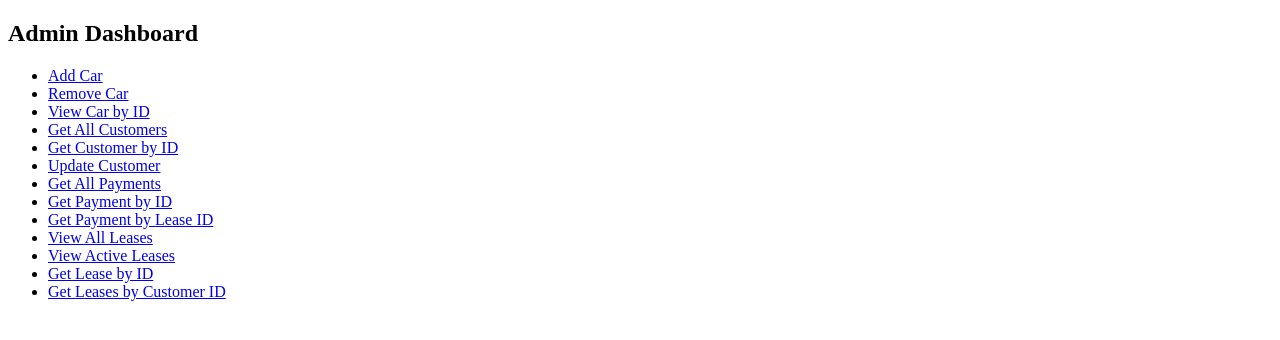
Repository: NirmalyaSatapathy/NirmalyaSatapathyProjects
Page: CarRental/CarRental/src/main/webapp/admin.html
An editor plug-in stored every save of this project. The page is shown before and after the next save, followed by the edit.
The browser window is 1280 px wide. The pictures show the whole page.

Above is the page before, as saved 2025-05-05 06:06:43.

After the next save:
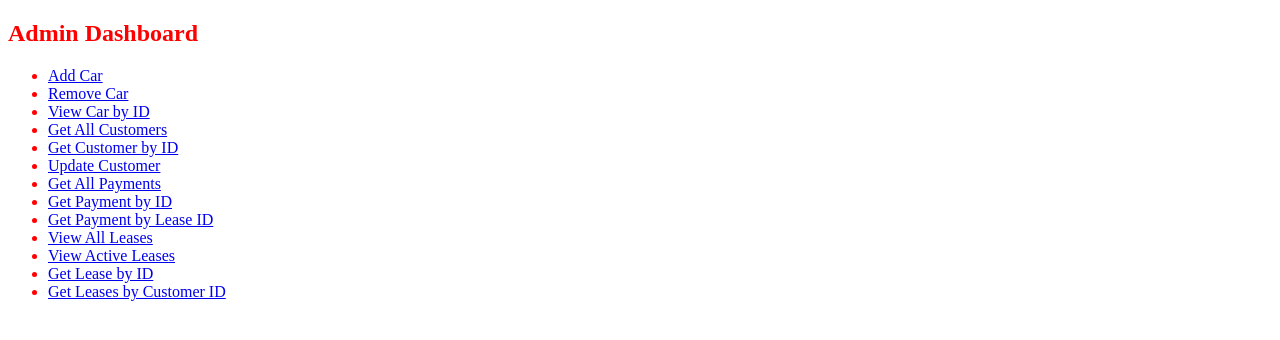
Saved 99 s later.
--- a/CarRental/CarRental/src/main/webapp/admin.html
+++ b/CarRental/CarRental/src/main/webapp/admin.html
@@ -5,7 +5,7 @@
 <title>Insert title here</title>
 
 </head>
-<body>
+<body style="color:red;">
  <h2>Admin Dashboard</h2>
     <ul>
         <li><a href="addCar.html">Add Car</a></li>
